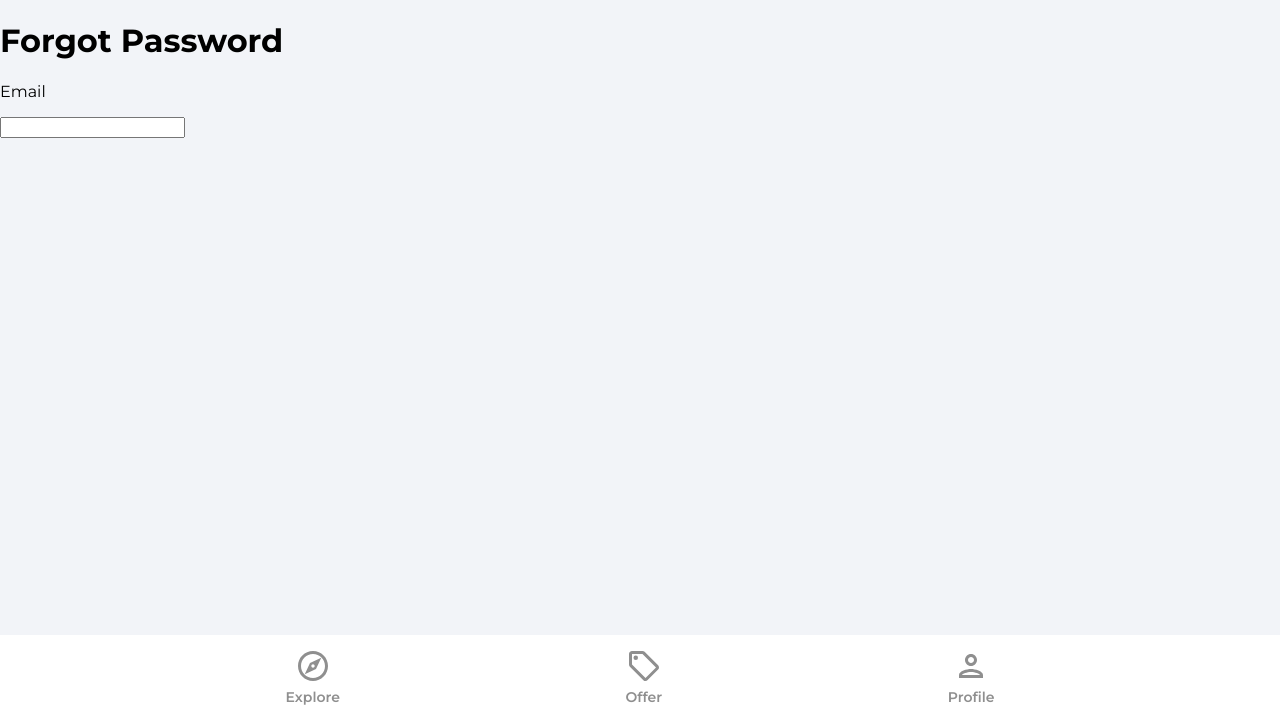
Repository: harvir619/Real-Estate-Market-App
Page: /forgot-password
These files come from the project's save history. The page is drawn as it stood at one moment and after the next save; the edit follows.
The browser window is 1280 px wide. The pictures show the whole page.
The page's requests for data from a server got no answer. The project was rebuilt for these pictures with package versions that can differ from the ones it lists, and the page was loaded fresh each time. No one was signed in, and anything a server would have sent is missing. Also part of the build but not shown: vite.config.js, src/pages/Explore.jsx, src/firebase.config.js, src/pages/Profile.jsx, src/pages/Offers.jsx, src/pages/SignIn.jsx, src/pages/SignUp.jsx, src/hooks/useAuthStatus.jsx and 2 more.

Above is the page before, as saved 2023-06-21 16:06:19.

After the next save:
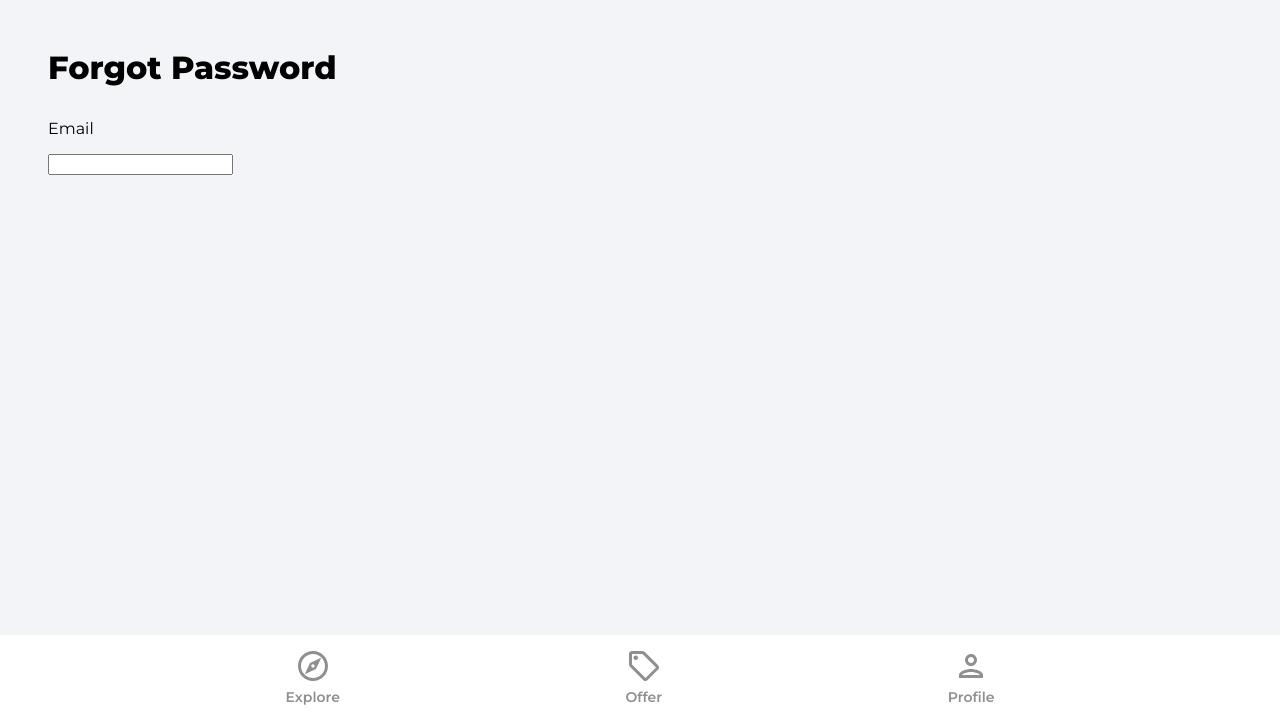
Saved 82 s later.
--- a/src/pages/ForgotPassword.jsx
+++ b/src/pages/ForgotPassword.jsx
@@ -21,9 +21,9 @@ function ForgotPassword() {
   }
 
   return (
-    <div>
+    <div className="pageContainer">
       <form onSubmit={onSubmit}>
-        <h1>Forgot Password</h1>
+        <p className="pageHeader">Forgot Password</p>
         <p>Email</p>
         <input type="text" value={email} onChange={onChange} />
       </form>
